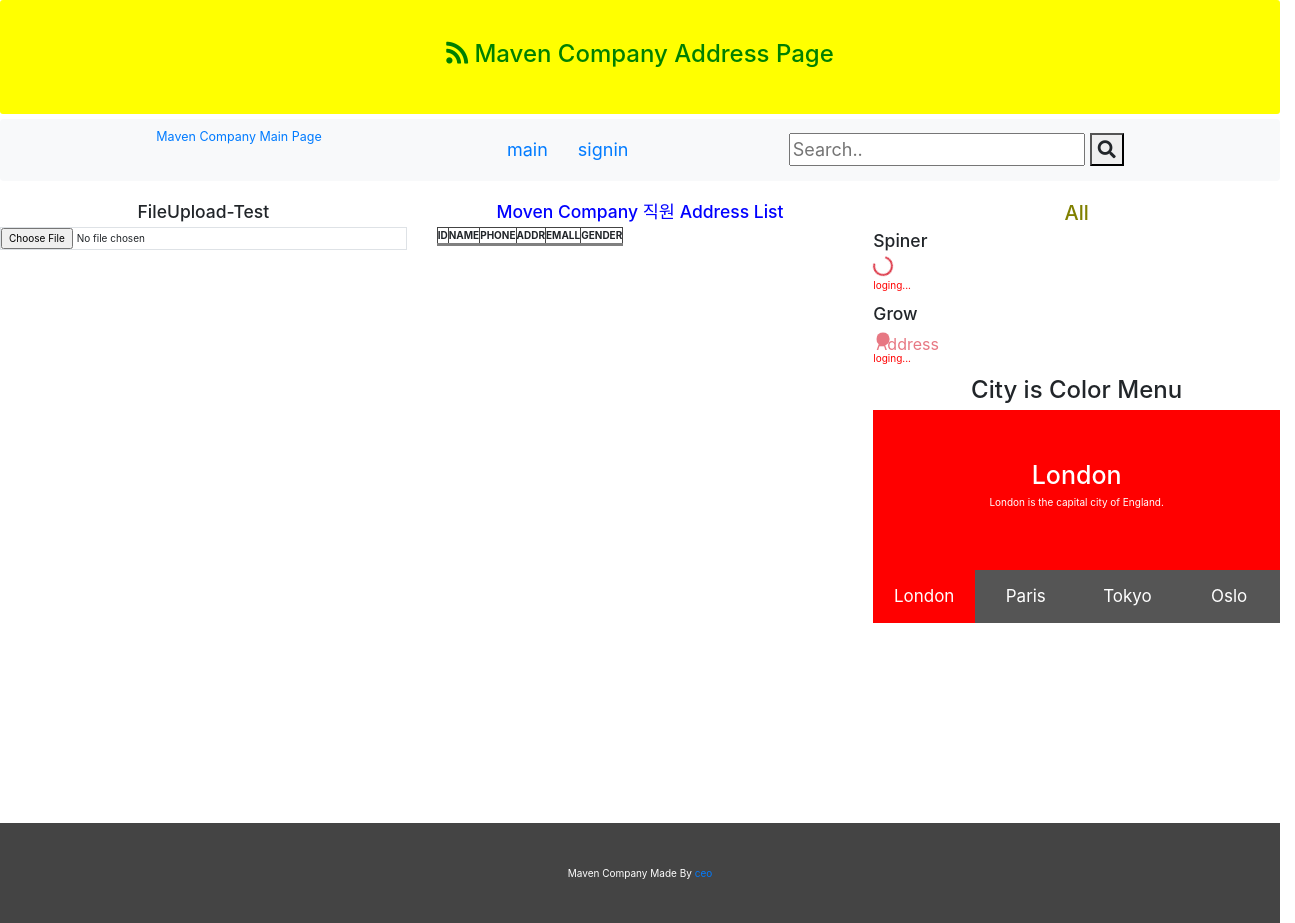
Repository: as2019a/spring
Page: http://localhost/ch19_project_mavenwebsite/WEB-INF/views/address.jsp
These files come from the project's save history. The page is drawn as it stood at one moment and after the next save; the edit follows.
The browser window is 1280 px wide. The page is 1295 px wide, so the pictures cover 1295 px, including what lies to the right of the window. The pictures show the whole page.
Some web libraries are served in a nearby version. The page is served by Tomcat 9. Nobody is signed in. The template is opened directly, without the code that normally fills it, so the values that code supplies are empty.

Above is the page before, as saved 2019-02-01 06:49:11.

After the next save:
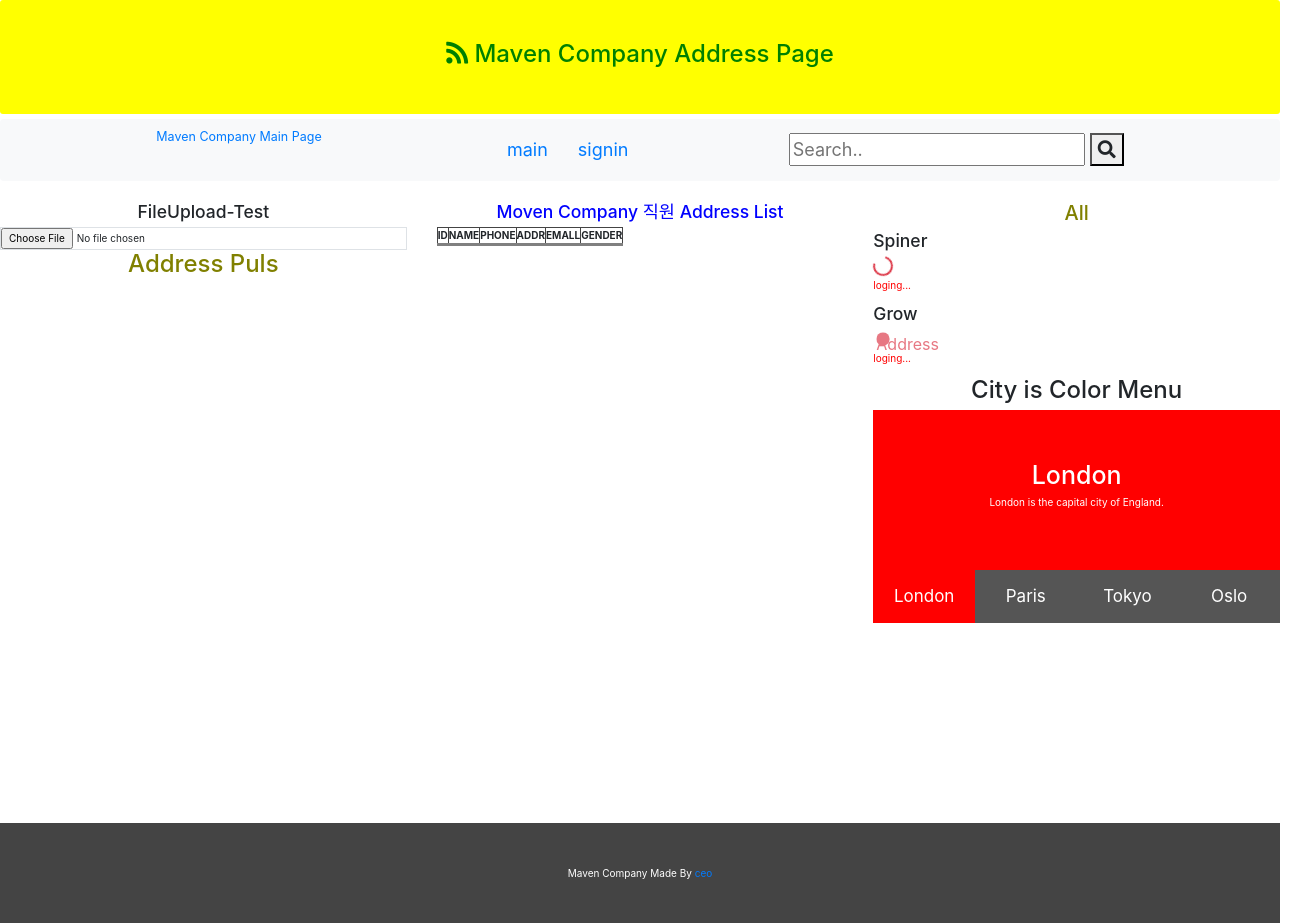
Saved 2 min 59 s later.
--- a/ch19_project_mavenwebsite/src/main/webapp/WEB-INF/views/address.jsp
+++ b/ch19_project_mavenwebsite/src/main/webapp/WEB-INF/views/address.jsp
@@ -160,6 +160,9 @@
 	  <div class="col-lg-4">
 	  	<h3 style="text-align:center;">FileUpload-Test</h3>
 		<input type="file" class="form-control-file border">
+
+		<h2 style="font-size:x-large;text-align:center;color:olive;speak:spell-out;content:open-quote; ">
+		Address Puls</h2>
 	  </div>
 	  <div class="col-lg-4">
 	  	<h3 id="mca">Moven Company 직원 Address List</h3>
